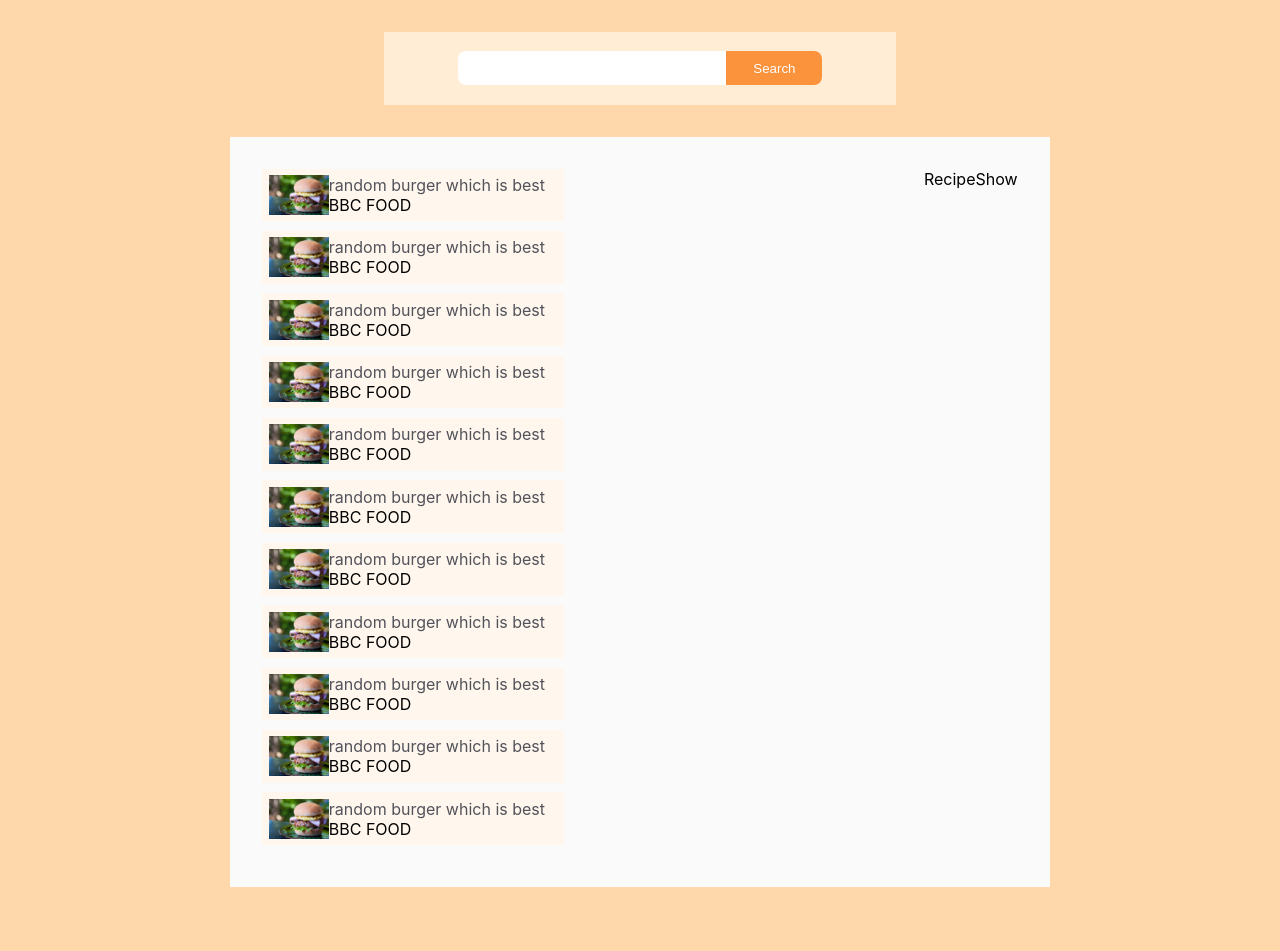
Repository: sandipkarmokar/recipeApp
Page: /
An editor plug-in stored every save of this project. The page is shown before and after the next save, followed by the edit.
The browser window is 1280 px wide. The pictures show the whole page.
The project was rebuilt for these pictures with package versions that can differ from the ones it lists, and the page was loaded fresh each time.

Above is the page before, as saved 2022-04-16 12:17:17.

After the next save:
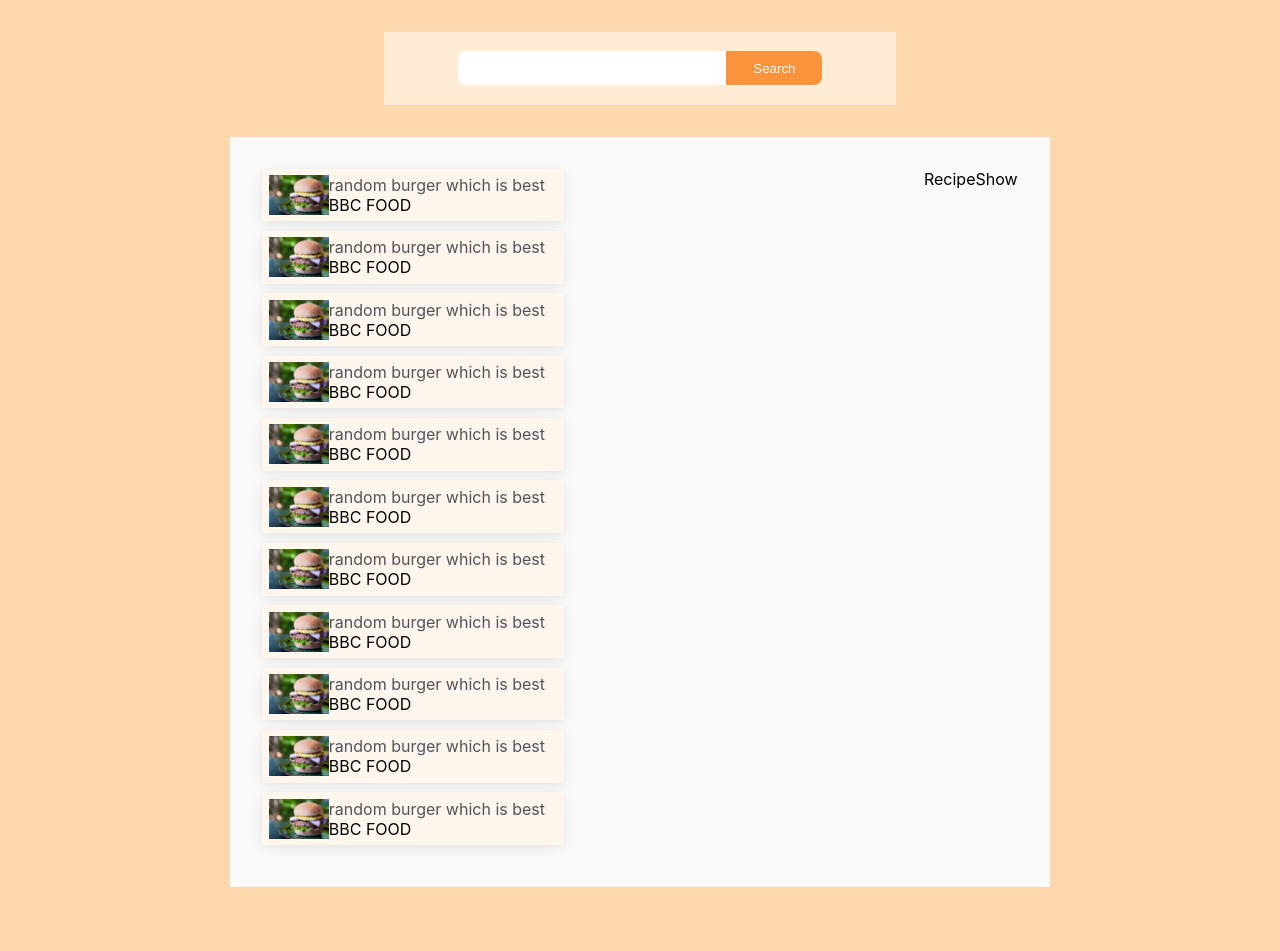
Saved 25 s later.
--- a/src/App.css
+++ b/src/App.css
@@ -73,6 +73,12 @@
     background-color: #fff7ed;
     padding: 0.4rem;
     margin-bottom: 0.6rem;
+    box-shadow: 0px 5px 24px rgba(0, 0, 0, 0.04),
+        0px 3.24074px 14.0556px rgba(0, 0, 0, 0.0303704),
+        0px 1.92593px 7.64444px rgba(0, 0, 0, 0.0242963),
+        0px 1px 3.9px rgba(0, 0, 0, 0.02),
+        0px 0.407407px 1.95556px rgba(0, 0, 0, 0.0157037),
+        0px 0.0925926px 0.944444px rgba(0, 0, 0, 0.00962963);
 }
 .app
     .app-container
